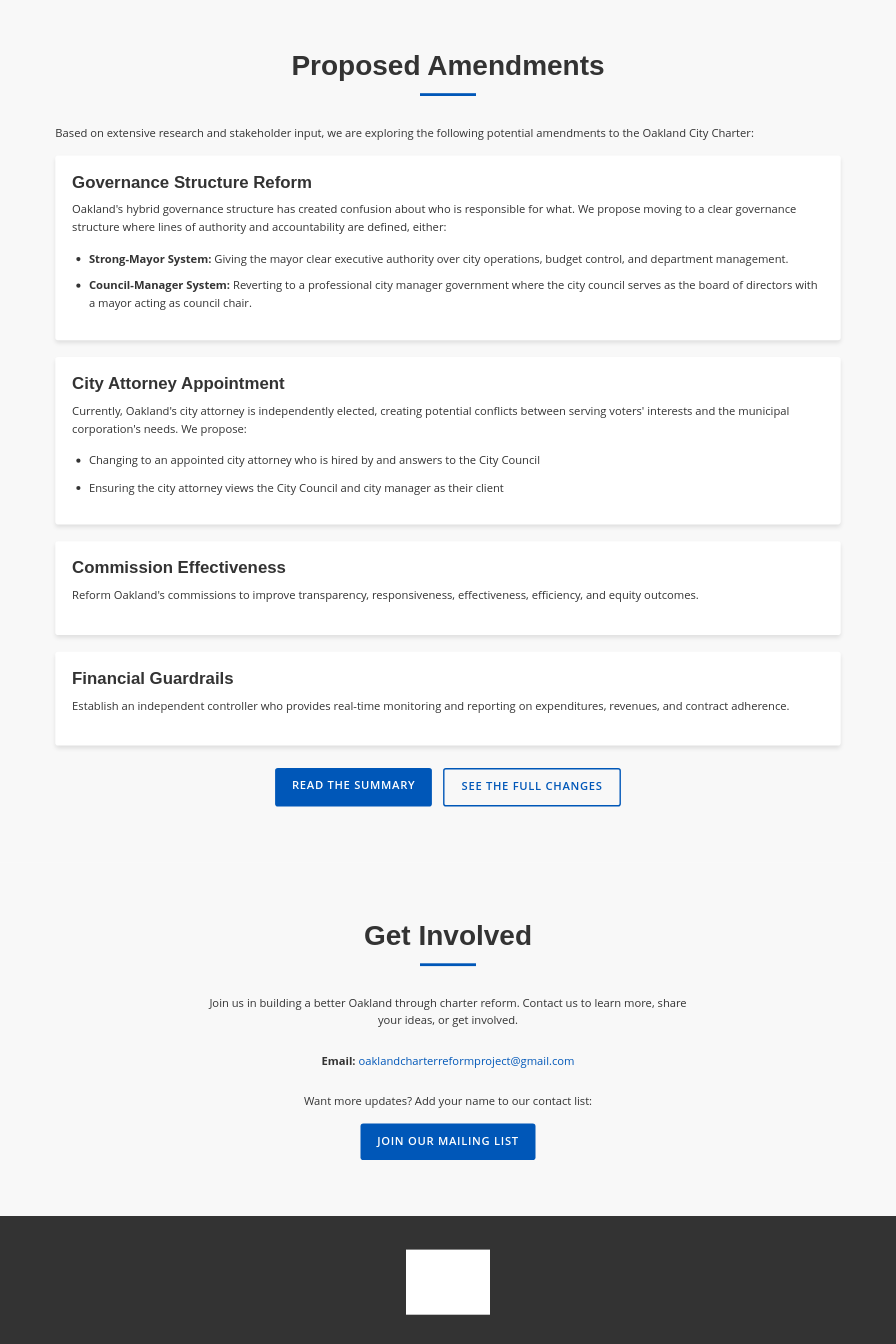
Repository: bgould132/oaklandcharterreform
Page: index.html
The author's editor kept a copy of each file at every save. The page is drawn from the files as they stood at one save, then again after the next save.
The browser window is 1280 px wide. The pictures show the part of the page from y = 3263 to 5183 px (the page is 5556 px tall before and 5581 px after), at 70% of full size.

Above is the page before, as saved 2025-04-07 10:10:01.

### index.html
<!DOCTYPE html>
<html lang="en">
<head>
    <meta charset="UTF-8">
    <meta name="viewport" content="width=device-width, initial-scale=1.0">
    <meta name="description" content="Oakland Charter Reform Project - Building a more effective government for Oakland">
    <title>Oakland Charter Reform Project</title>
    <link rel="stylesheet" href="css/styles.css">
    <!-- Font Awesome for icons -->
    <link rel="stylesheet" href="https://cdnjs.cloudflare.com/ajax/libs/font-awesome/6.4.2/css/all.min.css">
</head>
<body>
    <header>
        <div class="container">
            <nav aria-label="Main navigation">
                <div class="logo">
                    <a href="index.html" aria-label="Oakland Charter Reform Project Home">
                        <img src="images/logo/OCRP logo design.jpg" alt="Oakland Charter Reform Project Logo">
                    </a>
                </div>
                <button class="mobile-menu-button" aria-label="Toggle menu" aria-expanded="false" aria-controls="main-menu">
                    <span class="hamburger-icon"></span>
                </button>
                <ul id="main-menu" class="nav-menu">
                    <li><a href="#why-charter-reform" class="active">Why Charter Reform</a></li>
                    <li><a href="#principles">Principles</a></li>
                    <li><a href="#proposed-amendments">Proposed Amendments</a></li>
                    <li><a href="#our-approach">Our Approach</a></li>
                    <li><a href="about.html">About Us</a></li>
                    <li><a href="#contact">Contact</a></li>
                </ul>
            </nav>
        </div>
    </header>

    <main>
        <!-- Hero Section -->
        <section class="hero" aria-labelledby="hero-heading">
            <div class="hero-image">
                <picture>
                    <!-- Smaller image for mobile -->
                    <source srcset="images/Downtown/IMG_7632.jpg" media="(max-width: 768px)">
                    <!-- Larger image for desktop -->
                    <img src="images/Downtown/IMG_7632.jpg" alt="Downtown Oakland skyline view">
                </picture>
                <div class="hero-content">
                    <h1 id="hero-heading">Oakland Charter Reform Project</h1>
                    <p class="tagline">Building a more effective government for Oakland</p>
                    <a href="#why-charter-reform" class="cta-button">Learn More</a>
                </div>
            </div>
        </section>

        <!-- Why Charter Reform Section -->
        <section id="why-charter-reform" class="section" aria-labelledby="why-heading">
            <div class="container">
                <h2 id="why-heading">Why Charter Reform?</h2>
                <div class="section-content">
                    <div class="text-content">
                        <p class="highlight-quote">"Oakland's government is designed to fail."</p>
                        <p>Every stakeholder we've met with – many with decades of experience working for or in partnership with the Oakland city government – told us that Oakland's flawed city charter is either partly or largely responsible for the City's dysfunction.</p>

                        <p>The recent recall of Mayor Sheng Thao represents a peak moment of dissatisfaction with Oakland's government. No other mayor in Oakland's 173-year history has ever been recalled from office. An astonishing 79% of Oakland residents feel the City is on the wrong track.</p>

                        <p>Oakland's "hybrid structure makes it difficult to establish accountability for the effective functioning of government since it leaves open the question of which branch of government is in charge." In other words - the buck stops nowhere.</p>
                    </div>
                    <div class="stat-boxes">
                        <div class="stat-box">
                            <span class="stat-number">79%</span>
                            <p>of Oaklanders think the city is on the wrong track</p>
                        </div>
                        <div class="stat-box">
                            <span class="stat-number">100+</span>
                            <p>stakeholders consulted about charter reform</p>
                        </div>
                    </div>
                </div>
            </div>
        </section>

        <!-- Principles Section -->
        <section id="principles" class="section alt-bg" aria-labelledby="principles-heading">
            <div class="container">
                <h2 id="principles-heading">Our Principles</h2>
                <div class="principles-grid">
                    <div class="principle-card">
                        <div class="principle-icon">
                            <i class="fas fa-balance-scale"></i>
                        </div>
                        <h3>Accountability</h3>
                        <p>Clear lines of responsibility so the buck stops somewhere definite, enabling residents to hold their government accountable.</p>
                    </div>
                    <div class="principle-card">
                        <div class="principle-icon">
                            <i class="fas fa-chart-line"></i>
                        </div>
                        <h3>Effectiveness</h3>
                        <p>A government structure that enables efficient delivery of services and implementation of policies to improve quality of life.</p>
                    </div>
                    <div class="principle-card">
                        <div class="principle-icon">
                            <i class="fas fa-user-friends"></i>
                        </div>
                        <h3>Representation</h3>
                        <p>Ensuring all Oakland residents have their voices heard and interests represented in city government.</p>
                    </div>
                    <div class="principle-card">
                        <div class="principle-icon">
                            <i class="fas fa-search"></i>
                        </div>
                        <h3>Transparency</h3>
                        <p>Open and accessible government processes that allow residents to understand how decisions are made.</p>
                    </div>
                </div>
            </div>
        </section>

        <!-- Our Approach Section -->
        <section id="our-approach" class="section" aria-labelledby="approach-heading">
            <div class="container">
                <h2 id="approach-heading">Our Approach</h2>
                <div class="approach-content">
                    <div class="approach-text">
                        <p>The Oakland Charter Reform Project has conducted extensive research and community engagement to inform our approach to charter reform:</p>

                        <ul class="approach-list">
                            <li>Three focus groups with diverse Oakland stakeholders</li>
                            <li>One-on-one interviews with community members, workers, business leaders, elected officials, and more</li>
                            <li>Special information session with Oakland NAACP leaders</li>
                            <li>Analysis of charter structures in comparable cities</li>
                        </ul>

                        <p>We are exploring options for placing a charter reform measure before voters in June 2026. Why June? Because settling matters about the City's organization in advance of the November 2026 mayoral election will allow candidates to run for a clearly defined role in the new system.</p>
                    </div>
                    <div class="timeline">
                        <div class="timeline-item">
                            <div class="timeline-marker"></div>
                            <div class="timeline-content">
                                <h3>December 2024 - March 2025</h3>
                                <p>Initial research and stakeholder interviews</p>
                            </div>
                        </div>
                        <div class="timeline-item">
                            <div class="timeline-marker"></div>
                            <div class="timeline-content">
                                <h3>April - June 2025</h3>
                                <p>Draft charter amendments and community feedback</p>
                            </div>
                        </div>
                        <div class="timeline-item">
                            <div class="timeline-marker"></div>
                            <div class="timeline-content">
                                <h3>July - December 2025</h3>
                                <p>Gather signatures to place on ballot</p>
                            </div>
                        </div>
                        <div class="timeline-item">
                            <div class="timeline-marker"></div>
                            <div class="timeline-content">
                                <h3>January - May 2026</h3>
                                <p>Organize grassroots campaign</p>
                            </div>
                        </div>
                        <div class="timeline-item">
                            <div class="timeline-marker"></div>
                            <div class="timeline-content">
                                <h3>June 2026</h3>
                                <p>Charter reform measure on ballot</p>
                            </div>
                        </div>
                    </div>
                </div>
            </div>
        </section>

        <!-- Proposed Amendments Section -->
        <section id="proposed-amendments" class="section alt-bg" aria-labelledby="amendments-heading">
            <div class="container">
                <h2 id="amendments-heading">Proposed Amendments</h2>
                <div class="section-content">
                    <div class="text-content">
                        <p>Based on extensive research and stakeholder input, we are exploring the following potential amendments to the Oakland City Charter:</p>

                        <div class="amendment-card">
                            <h3>Governance Structure Reform</h3>
                            <p>Oakland's hybrid governance structure has created confusion about who is responsible for what. We propose moving to a clear governance structure where lines of authority and accountability are defined, either:</p>
                            <ul class="amendment-list">
                                <li><strong>Strong-Mayor System:</strong> Giving the mayor clear executive authority over city operations, budget control, and department management.</li>
                                <li><strong>Council-Manager System:</strong> Reverting to a professional city manager government where the city council serves as the board of directors with a mayor acting as council chair.</li>
                            </ul>
                        </div>

                        <div class="amendment-card">
                            <h3>City Attorney Appointment</h3>
                            <p>Currently, Oakland's city attorney is independently elected, creating potential conflicts between serving voters' interests and the municipal corporation's needs. We propose:</p>
                            <ul class="amendment-list">
                                <li>Changing to an appointed city attorney who is hired by and answers to the City Council</li>
                                <li>Ensuring the city attorney views the City Council and city manager as their client</li>
                            </ul>
                        </div>

                        <div class="amendment-card">
                            <h3>Commission Effectiveness</h3>
                            <p>Reform Oakland's commissions to improve transparency, responsiveness, effectiveness, efficiency, and equity outcomes.</p>
                        </div>

                        <div class="amendment-card">
                            <h3>Financial Guardrails</h3>
                            <p>Establish an independent controller who provides real-time monitoring and reporting on expenditures, revenues, and contract adherence.</p>
                        </div>

                        <div class="buttons-container">
                            <a href="#" class="cta-button">Read the Summary</a>
                            <a href="#" class="outline-button">See the Full Changes</a>
                        </div>
                    </div>
                </div>
            </div>
        </section>

        <!-- Contact Section -->
        <section id="contact" class="section alt-bg" aria-labelledby="contact-heading">
            <div class="container">
                <h2 id="contact-heading">Get Involved</h2>
                <div class="contact-content">
                    <p>Join us in building a better Oakland through charter reform. Contact us to learn more, share your ideas, or get involved.</p>
                    <div class="contact-info">
                        <p><strong>Email:</strong> <a href="mailto:oaklandcharterreformproject@gmail.com">oaklandcharterreformproject@gmail.com</a></p>
                        <div class="signup-form">
                            <p>Want more updates? Add your name to our contact list:</p>
                            <a href="#" class="cta-button">Join Our Mailing List</a>
                        </div>
                    </div>
                </div>
            </div>
        </section>
    </main>

    <footer>
        <div class="container">
            <div class="footer-content">
                <div class="footer-logo">
                    <img src="images/logo/OCRP logo design.jpg" alt="Oakland Charter Reform Project Logo" width="120">
                </div>
                <div class="footer-text">
                    <p>&copy; 2025 Oakland Charter Reform Project. All rights reserved.</p>
                    <p>In the spirit of a better Oakland,</p>
                    <div class="signature">
                        <img src="images/logo/steve and ben and nancy signature.jpg" alt="Signatures of Steven Falk, Ben Gould, and Nancy Falk" class="signature-img">
                        <p>Steven Falk, Ben Gould, and Nancy Falk<br>
                        Oakland Charter Reform Project Organizers</p>
                    </div>
                </div>
            </div>
        </div>
    </footer>

    <script src="js/main.js"></script>
</body>
</html>

Loaded but not shown: js/main.js (101 lines, source omitted); css/styles.css (760 lines, source omitted)

After the next save:
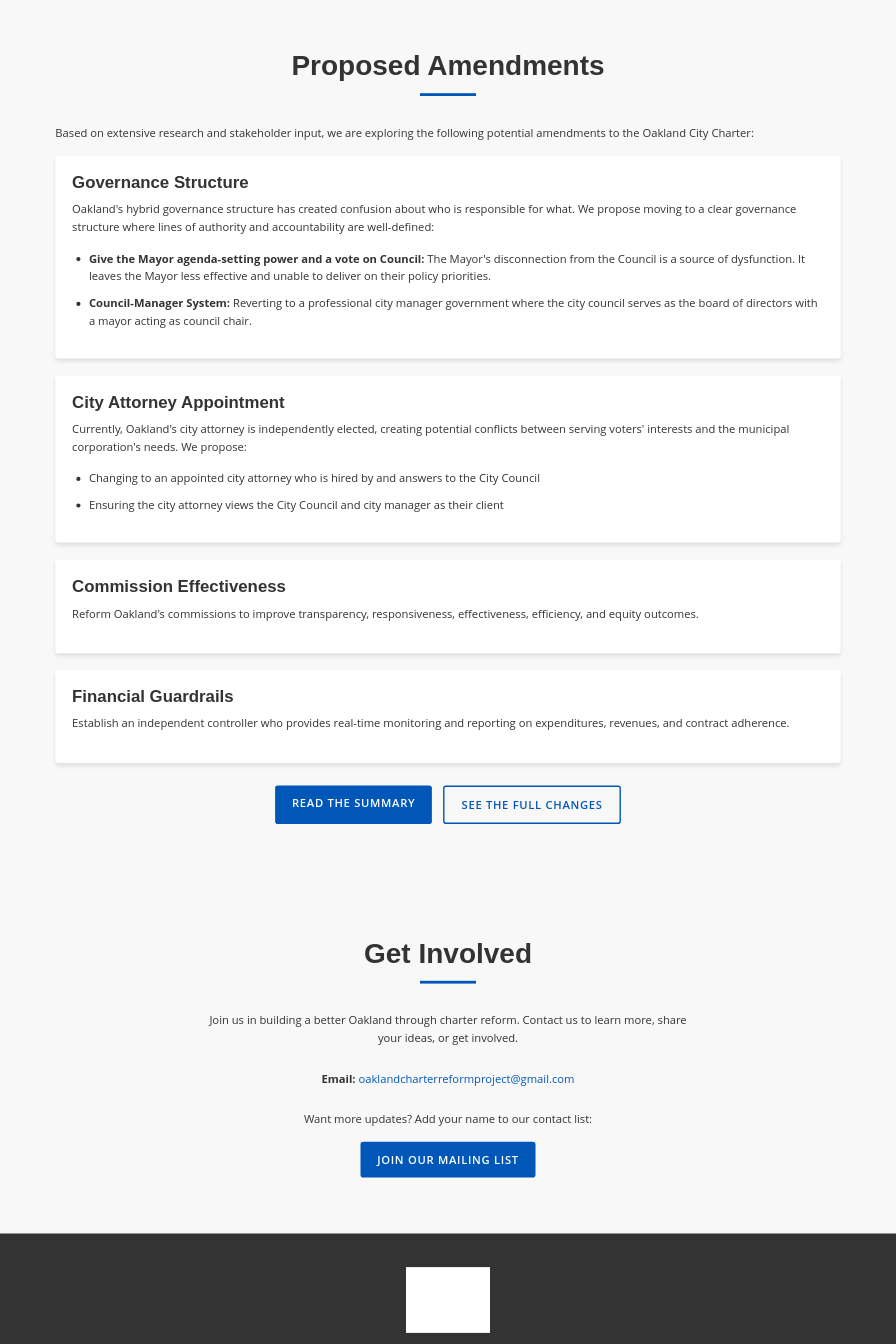
Saved 15 s later.
--- a/index.html
+++ b/index.html
@@ -182,10 +182,10 @@
                         <p>Based on extensive research and stakeholder input, we are exploring the following potential amendments to the Oakland City Charter:</p>
 
                         <div class="amendment-card">
-                            <h3>Governance Structure Reform</h3>
-                            <p>Oakland's hybrid governance structure has created confusion about who is responsible for what. We propose moving to a clear governance structure where lines of authority and accountability are defined, either:</p>
+                            <h3>Governance Structure</h3>
+                            <p>Oakland's hybrid governance structure has created confusion about who is responsible for what. We propose moving to a clear governance structure where lines of authority and accountability are well-defined:</p>
                             <ul class="amendment-list">
-                                <li><strong>Strong-Mayor System:</strong> Giving the mayor clear executive authority over city operations, budget control, and department management.</li>
+                                <li><strong>Give the Mayor agenda-setting power and a vote on Council:</strong> The Mayor's disconnection from the Council is a source of dysfunction. It leaves the Mayor less effective and unable to deliver on their policy priorities.</li>
                                 <li><strong>Council-Manager System:</strong> Reverting to a professional city manager government where the city council serves as the board of directors with a mayor acting as council chair.</li>
                             </ul>
                         </div>
